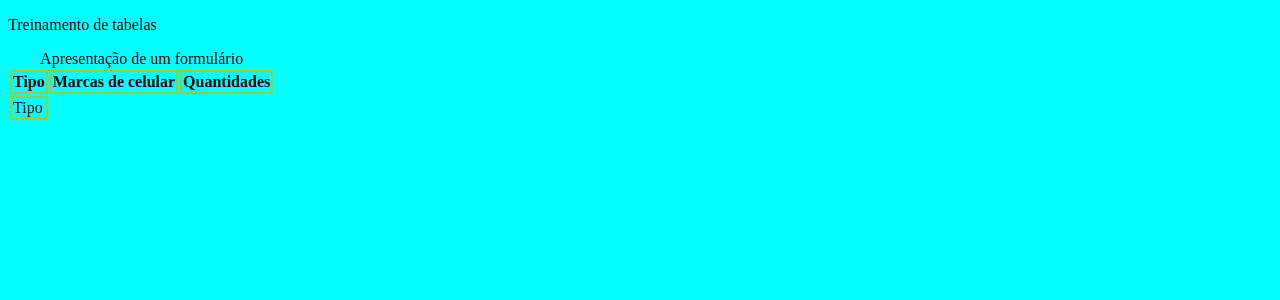
Repository: Vilmar-Freire/ESTUDOS-01-vilmar
Page: workspaces/SO-FIXAÇÃO-HTML/tabela.html
An editor plug-in stored every save of this project. The page is shown before and after the next save, followed by the edit.
The browser window is 1280 px wide. The pictures show the whole page.

Above is the page before, as saved 2026-08-17 13:25:33.

### workspaces/SO-FIXAÇÃO-HTML/tabela.html
<!DOCTYPE html>
<html lang="pt-BR">
<head>
    <meta charset="UTF-8">
    <meta name="language" content="pt-BR">
    <meta name="keywords" content="Programacao, html, css, JavaScript">
    <meta name="author" content="Vilmar Freire">
    <meta name="description" content="Tabelas">
    <link rel="stylesheet" href="./tabela.css">
    <meta name="viewport" content="width=device-width, initial-scale=1.0">
    <title>Tabelas</title>
</head>
<body>
    <p>Treinamento de tabelas</p>
    <table>
        <caption>Apresentação de um formulário</caption>
        <thead>
            <th>Tipo</th>
            <th>Marcas de celular</th>
            <th>Quantidades</th>
        </thead>

        <tbody>
            <tr>
                <td>Tipo </td>
            </tr>
        </tbody>
    </table>
</body>
</html>

### workspaces/SO-FIXAÇÃO-HTML/tabela.css
body{
    background-color: aqua;
}

table th, table td{
    border: 2px solid yellowgreen;
}

After the next save:
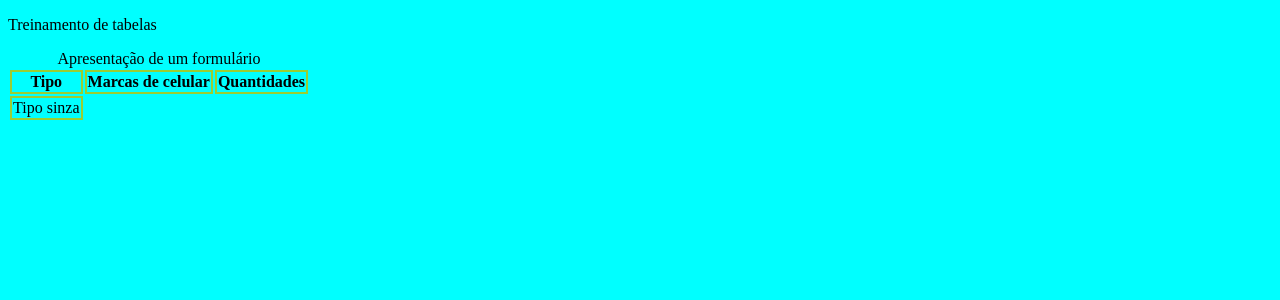
Saved 6 s later.
--- a/workspaces/SO-FIXAÇÃO-HTML/tabela.html
+++ b/workspaces/SO-FIXAÇÃO-HTML/tabela.html
@@ -22,7 +22,7 @@
 
         <tbody>
             <tr>
-                <td>Tipo </td>
+                <td>Tipo sinza</td>
             </tr>
         </tbody>
     </table>
